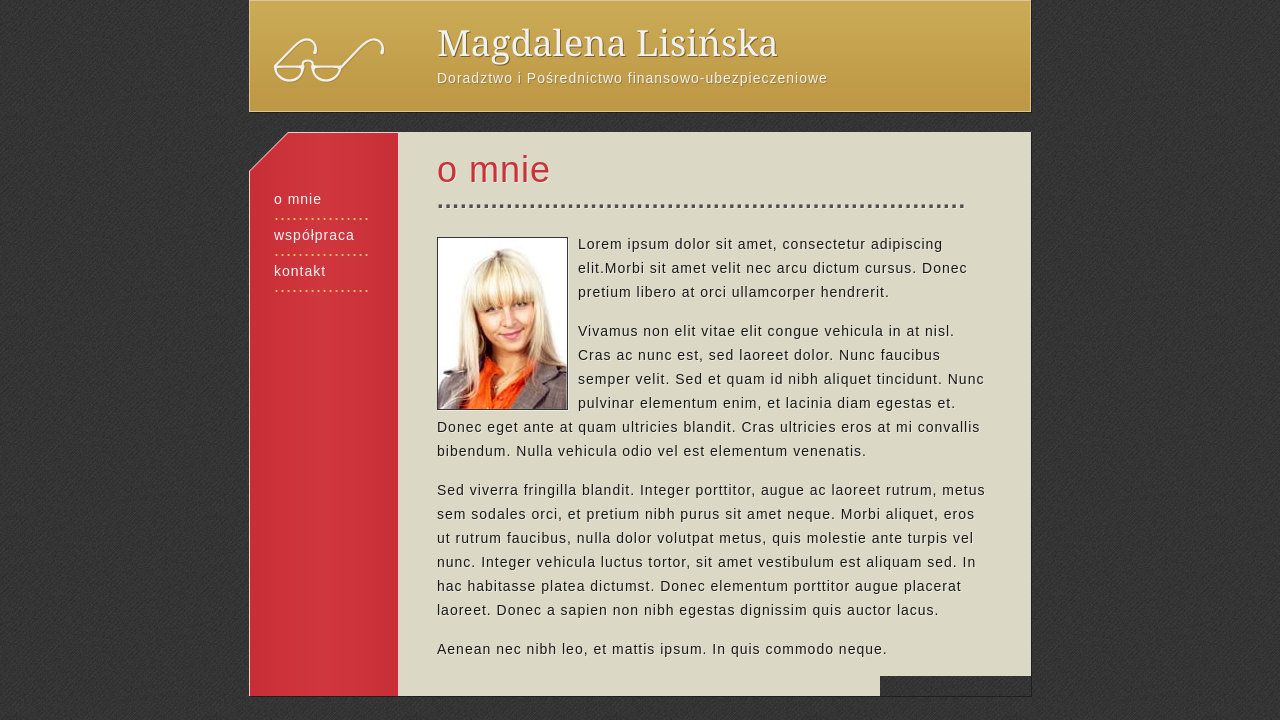
Repository: gabr/php_elicpse_workspace
Page: Magda Lisinska/index.html
An editor plug-in stored every save of this project. The page is shown before and after the next save, followed by the edit.
The browser window is 1280 px wide. The pictures show the whole page.

Above is the page before, as saved 2013-03-06 20:17:13.

After the next save:
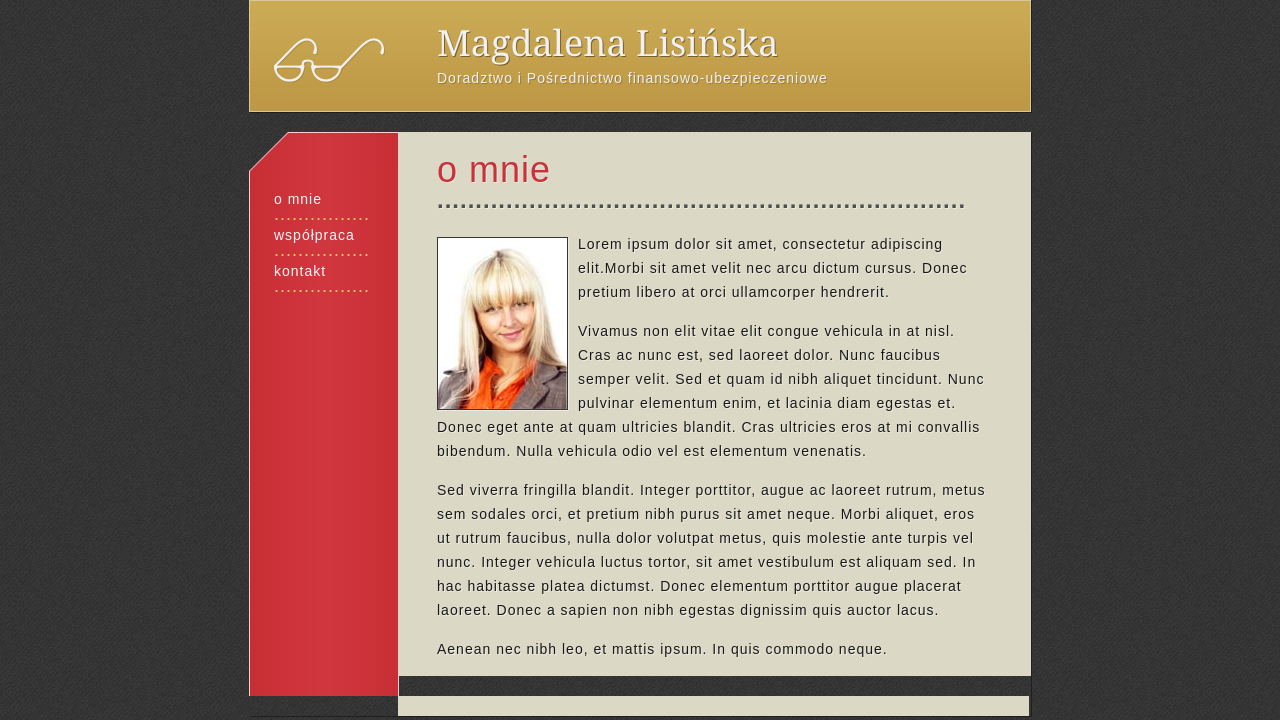
Saved 9 s later.
--- a/Magda Lisinska/css/style.css
+++ b/Magda Lisinska/css/style.css
@@ -170,7 +170,7 @@ img {
 }
 
 #right-footer {
-    float:rigth;
+    float:right;
     width: 631px;
     height: 20px;
     background: #dbd8c5;
